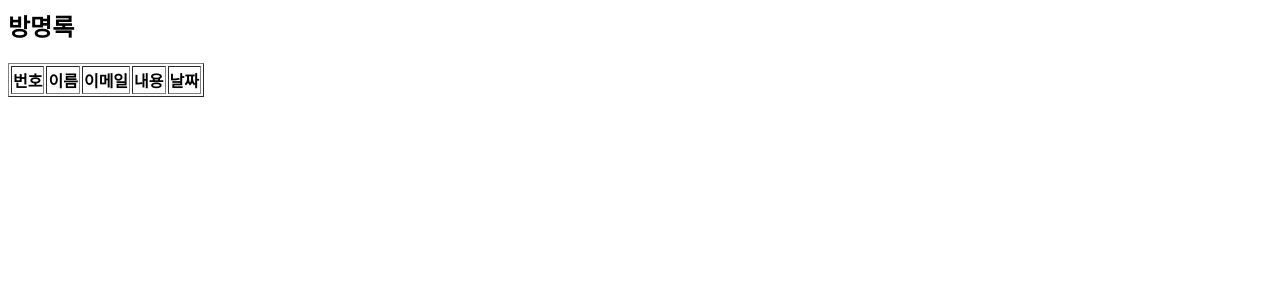
Repository: seunginlee/WaterMelonPlayer
Page: http://localhost/guestbook/list.php
These files come from the project's save history. The page is drawn as it stood at one moment and after the next save; the edit follows.
The browser window is 1280 px wide. The pictures show the whole page.
The page is run by PHP 8.4 with error messages shown; the project is at /var/www/html/. Queries for data that is not in the repository find no rows.

Above is the page before, as saved 2018-09-16 08:39:30.

After the next save:
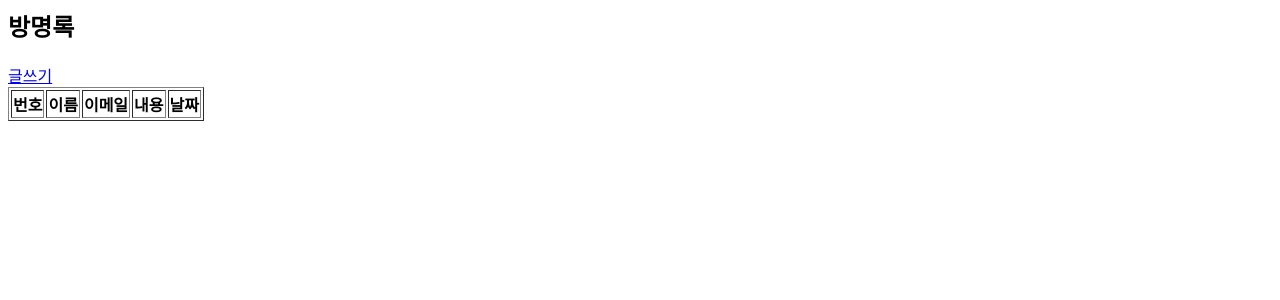
Saved 86 s later.
--- a/worrrrrk/php01/guestbook/list.php
+++ b/worrrrrk/php01/guestbook/list.php
@@ -4,6 +4,7 @@ $sql = "select * from guestbook order by idx desc";
 $rs = mysql_query($sql);
 ?>
 <h2>방명록</h2>
+<a href="write.html">글쓰기</a>
 <table border="1">
 	<tr>
 	<th>번호</th>
